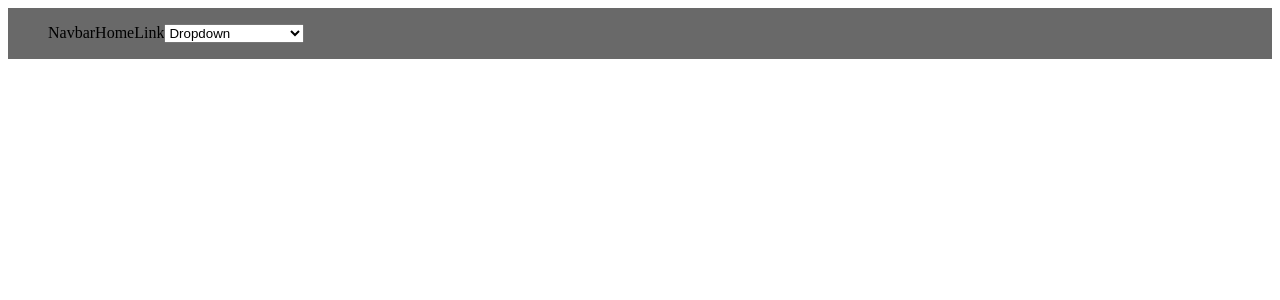
Repository: CryptoFamilyNFT/develhope
Page: html/svg.html
These files come from the project's save history. The page is drawn as it stood at one moment and after the next save; the edit follows.
The browser window is 1280 px wide. The pictures show the whole page.

Above is the page before, as saved 2024-10-31 13:39:27.

After the next save:
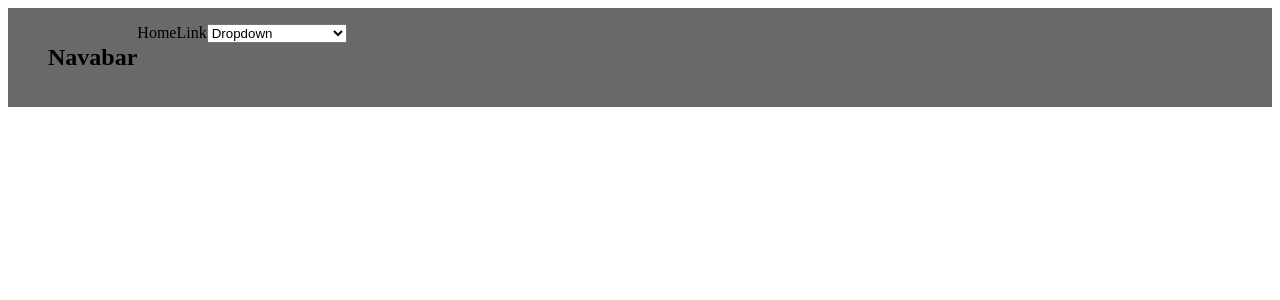
Saved 15 s later.
--- a/html/svg.html
+++ b/html/svg.html
@@ -28,7 +28,8 @@
         <nav>
             <ul>
                 <li>
-                    <a>Navbar</a>
+                    <a>
+                        <h1>Navabar</h1></a>
                 </li>
                 <li>
                     <a>Home</a>
